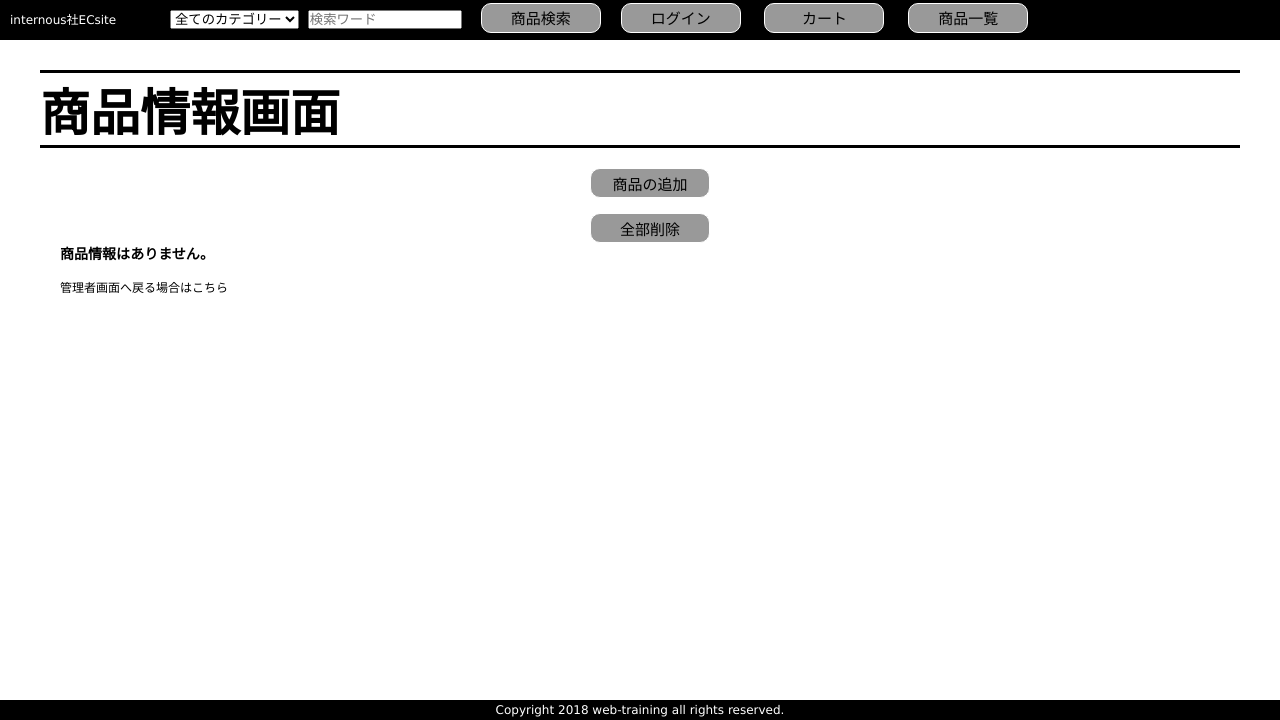
Repository: geeta333/ECsite
Page: http://localhost/web-training/itemInfo.jsp
These files come from the project's save history. The page is drawn as it stood at one moment and after the next save; the edit follows.
The browser window is 1280 px wide. The pictures show the whole page.
The page is served by Tomcat 9. Other server files are loaded and not shown.

Above is the page before, as saved 2018-07-27 06:32:52.

### web-training/WebContent/itemInfo.jsp
<%@ page language="java" contentType="text/html; charset=UTF-8"
    pageEncoding="UTF-8"%>
<%@ taglib prefix="s" uri="/struts-tags" %>
<!DOCTYPE html>
<html>
<head>
	<meta charset="UTF-8" />
	<title>商品情報画面</title>
	<link rel="stylesheet" href="./css/style.css">
</head>
<body>
	<div id="container">
	<jsp:include page="header.jsp" />
	<div id="main" class="clear">
		<div id="top">
			<h1>商品情報画面</h1>
		</div>
		<div class="marginLeft">
			<div class="center">
				<s:form action="ItemCreateAction" class="marginTop">
					<s:submit value="商品の追加" class="button"/>
				</s:form>
				<s:form action="ItemInfoAction" class="marginTop">
					<input type="hidden" name="deleteFlg" value="1">
					<s:submit value="全部削除" method="delete" class="button" />
				</s:form>
			</div>
			<s:if test="itemInfoList == null">
				<h3>商品情報はありません。</h3>
			</s:if>
			<s:elseif test="message == null">
				<h3>商品情報は以下になります。</h3>
			<table border="1" class="ShowData">
				<tr>
					<th>製品ID</th>
					<th>商品名</th>
					<th>製品詳細</th>
					<th>カテゴリー名</th>
					<th>価格</th>
					<th>イメージファイル名</th>
					<th>発売日</th>
					<th>発売会社</th>
					<th>変更する</th>
				</tr>
				<s:iterator value="itemInfoList">
				<tr>
					<th><s:property value="product_id" /></th>
					<th><s:property value="product_name" /></th>
					<th><s:property value="product_description" /></th>
					<th>
						<s:if test="category_id == 2">
							<span>本</span>
						</s:if>
						<s:elseif test="category_id == 3">
							<span>家電・パソコン</span>
						</s:elseif>
						<s:elseif test="category_id == 4">
							<span>おもちゃ・ゲーム</span>
						</s:elseif>
					</th>
					<th><s:property value="price" /><span>円</span></th>
					<th><s:property value="image_file_name" /></th>
					<th><s:property value="release_date" /></th>
					<th><s:property value="release_company" /></th>
					<th>
					<s:form action="ItemInfoChangeAction">
						<input type="hidden" name="itemId" value='<s:property value="id"/>'>
						<s:submit value="変更"/>
					</s:form>
					</th>
				</tr>
				</s:iterator>
			</table>
			</s:elseif>
			<s:if test="message != null">
				<h3><s:property value="message"/></h3>
			</s:if>
			<div  class="marginTop">
				<p>管理者画面へ戻る場合は<a href='<s:url action="GoAdministratorAction" />'>こちら</a></p>
			</div>
		</div>
	</div>
	<jsp:include page="footer.jsp" />
</div>
</body>
</html>

### web-training/WebContent/header.jsp
<%@ page language="java" contentType="text/html; charset=UTF-8"
    pageEncoding="UTF-8"%>
<%@ taglib prefix="s" uri="/struts-tags" %>
<!DOCTYPE html>
<html>
<head>
	<meta charset="UTF-8" />
	<title>ヘッダー</title>
<!-- 	<link rel="stylesheet" href="./css/style.css"> -->
</head>
<body>
<div id="header">
	<div id="nameIntroduction">
		<p><a href='<s:url action="GoAdministratorAction" />'>internous社ECsite</a></p>
	</div>

	<ul>
		<s:form action="ItemListAction" class="float">
		<li>
			<select name="category_id">
				<option value="1">全てのカテゴリー</option>
				<option value="2">本</option>
				<option value="3">家電・パソコン</option>
				<option value="4">おもちゃ・ゲーム</option>
			</select>
		</li>
		<li>
			<input type="hidden" name="retrievalFlg" value="1">
			<input type="text" name="keywords" placeholder="検索ワード" id="text">
		</li>
		<li><s:submit value="商品検索"  class="button"/></li>
		</s:form>
		<li>
			<s:if test='#session.containsKey("user_id")'>
				<a href='<s:url action="LogoutAction" />'><input type="button" value="ログアウト" class="button"></a>
			</s:if>
			<s:else>
				<a href='<s:url action="GoLoginAction" />'><input type="button" value="ログイン" class="button"></a>
			</s:else>
		</li>
		<li><a href='<s:url action="GoCartAction" />'><input type="button" value="カート" class="button"></a></li>
		<li><a href='<s:url action="ItemListAction" />'><input type="button" value="商品一覧" class="button"></a></li>
		<s:if test='#session.containsKey("user_id") && !#session.containsKey("administrator")'>
			<li><a href='<s:url action="GoMyPageAction" />'><input type="button" value="マイページ" class="button"></a></li>
		</s:if>
		<s:elseif test='#session.containsKey("administrator")'>
			<li><a href='<s:url action="GoAdministratorAction" />'><input type="button" value="管理者画面へ" class="button"></a></li>
		</s:elseif>
	</ul>
</div>
</body>
</html>

### web-training/WebContent/footer.jsp
<%@ page language="java" contentType="text/html; charset=UTF-8"
    pageEncoding="UTF-8"%>
<%@ taglib prefix="s" uri="/struts-tags" %>
<!DOCTYPE html>
<html>
<head>
	<meta charset="UTF-8" />
	<title>フッター</title>
<!-- 	<link rel="stylesheet" href="./css/style.css"> -->
</head>
<body>
<div id="footer">
	<p>Copyright 2018 web-training all rights reserved.
</div>
</body>
</html>

### web-training/WebContent/css/style.css
@CHARSET "UTF-8";

/* common */

* {
    margin: 0;
    padding: 0;
}

.clear {
    clear: both;
}

html, body {
    min-height: 100%;
    height: 100%;

}

body {
    font-family: Verdana, Helvetica, sans-serif;
    font-size: 12px;
    background: white;
}

h1 {
    font-size: 50px;
    margin: 20px 0;
    border-top: 3px solid black;
    border-bottom: 3px solid black;
}

h2 {
    margin: 15px 0;
}

a {
	text-decoration: none;
	color: inherit;
}

ul {
    list-style: none;
}

th {
	text-align: right;
    padding-right: 5px;
}

select {
    margin: 0 0 0 10px;
}

.button {
    width: 120px;
    height: 30px;
    font-size: 15px;
    border: 1px solid white;
    border-radius: 10px;
    margin-left: 10px;
    margin-right: 10px;
    background: #999;
}

.button:hover {
    opacity: 0.5;
}

/* id */

#container {
    width: 100%;
    min-width: 1200px;
    min-height: 100%;
    position: relative;
}

#header {
    width: 100%;
    height: 40px;
    background: black;
    color: white;
}

#header ul {
    line-height: 40px;
}

#header li {
    display: inline-block;
}

#main {
    width: 1200px;
    padding: 10px 10px 30px;
    margin: 0 auto;
    color: black;
}

#footer {
    width: 100%;
    height: 20px;
    background: black;
    color: white;
    text-align: center;
    line-height: 20px;
    font-size: 12px;
    position: absolute;
    bottom: 0;
}

#text { /*検索で使用*/
    width: 150px;
    margin: 0 5px;
}


#itemList { /*itemListで使用*/

}

#nameIntroduction { /* headerで使用 */
    width: 150px;
    float: left;
    line-height: 40px;
    margin-left: 10px;
}

#pageNo li {
    display: inline-block;
}

/* class */


.verticalTable {
    margin-left: 10px;
}

.verticalTable tr {
    height: 30px;
}

.verticalTable th {
    background: black;
    color: white;
    font-size: 16px;
    width: 170px;
}

.txt {
	width : 300px;
	height : 30px;
	border: 0.5px solid #999;
	font-size : 24px;
}

.list {
	width : 300px;
	height : 30px;
	border: 0.5px solid #999;
}

.marginTop {
    margin-top: 15px;
}

.center {
    text-align: center;
}

.float {
    float: left;
}

.ShowData th {
    padding: 3px;
}

.marginLeft {
    margin-left: 20px;
}


.itemListBox {
    display: inline-block;
    margin: 15px;
    text-align: center;
}

.itemImage {
    width: 200px;
    height: 200px;
}

.itemDetailBox {
    text-align: center;
    font-size: 22px;
}

.itemDetailBox table {
    margin: 20px auto;
}

.itemDetailImage {
    width: 500px;
    height: 500px;
}

.itemImageSmall {
    width: 50px;
    height: 50px;
}

.error {
	color: red;
	font-size: 20px;
}

After the next save:
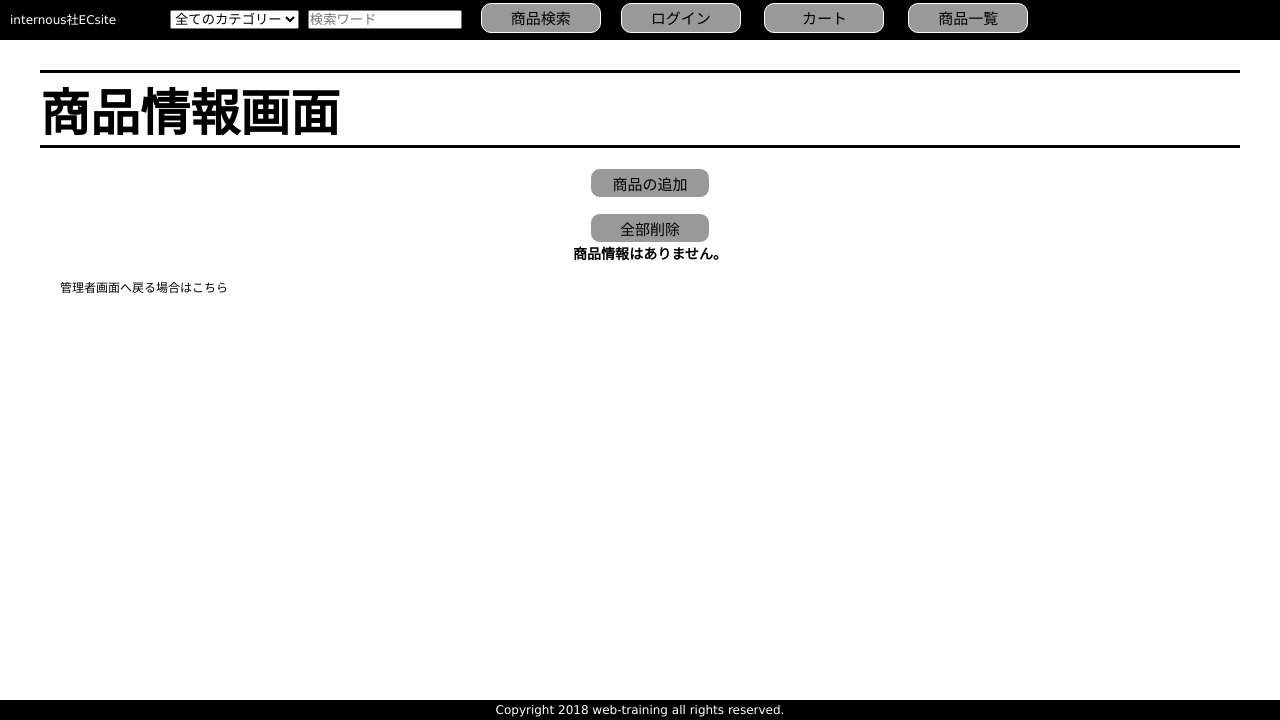
Saved 51 s later.
--- a/web-training/WebContent/itemInfo.jsp
+++ b/web-training/WebContent/itemInfo.jsp
@@ -26,10 +26,10 @@
 				</s:form>
 			</div>
 			<s:if test="itemInfoList == null">
-				<h3>商品情報はありません。</h3>
+				<h3 class="center">商品情報はありません。</h3>
 			</s:if>
 			<s:elseif test="message == null">
-				<h3>商品情報は以下になります。</h3>
+				<h3 class="center">商品情報は以下になります。</h3>
 			<table border="1" class="ShowData">
 				<tr>
 					<th>製品ID</th>
